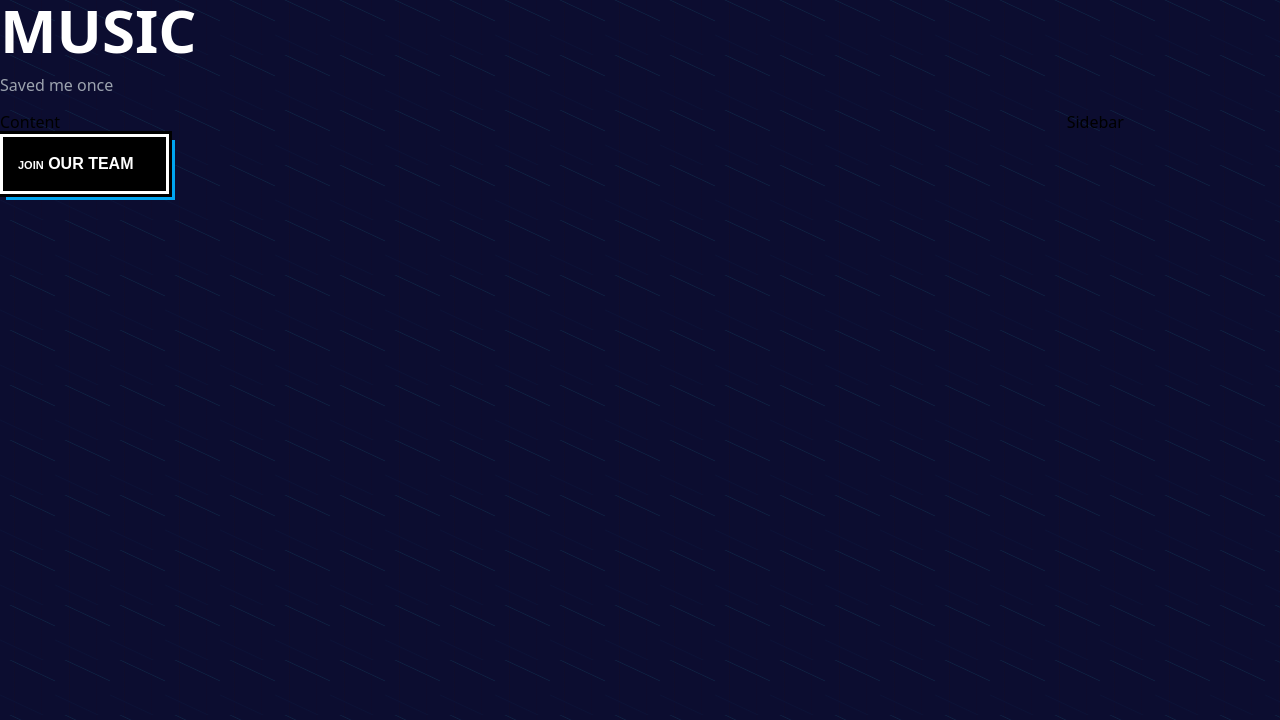
Repository: ItsMe-Pal/something
Page: index.html
These files come from the project's save history. The page is drawn as it stood at one moment and after the next save; the edit follows.
The browser window is 1280 px wide. The pictures show the whole page.
The style sheet was rebuilt from its Sass, Less or Tailwind sources for each picture, by a compiler version that may differ from the author's.

Above is the page before, as saved 2025-06-22 18:41:05.

### index.html
<!DOCTYPE html>
<html lang="en">
<head>
    <meta charset="UTF-8">
    <meta name="viewport" content="width=device-width, initial-scale=1.0">
    <title></title>

    <link rel="stylesheet" href="/manifest.json">

    <script src="https://cdn.jsdelivr.net/npm/@tailwindcss/browser@4"></script>
    <script src="https://code.jquery.com/jquery-3.7.1.js" integrity="sha256-eKhayi8LEQwp4NKxN+CfCh+3qOVUtJn3QNZ0TciWLP4=" crossorigin="anonymous"></script>

    <link rel="stylesheet" href="/styles/main.css">
</head>
<body>
    <div id="bg">

    <div class="relative flex gap-[2%] flex-wrap content-start">
        <div class="w-full h-[5%]">

                <span class="word1">MUSIC</span>
                <p class="word2">Saved me once</p>

        </div>
        <div class="grow h-3/4">Content</div>
        <div class="w-1/6 h-3/4">Sidebar</div>
        <div class="w-full h-[5%]">
            <button class="brutalist-button">
                <div class="-logo">

                </div>
                <div class="button-text">
                    <a href="http://">
                        <span>Join</span>
                        <span>Our team</span>
                    </a>
                </div>
              </button>

        </div>
      </div>

    </div>
    <script src="/src/main.js"></script>
</body>
</html>

### styles/main.scss
@use "./customs.scss";


#bg {
    position: relative;
    width: 100%;
    height: 100vh;
    --color: #001f3fe8;
    background-color: #001d33;
    background-image: linear-gradient(205deg, transparent 24%, var(--color) 25%, #0e7e87 26%, transparent 27%, transparent 74%, rgba(0, 58, 86, 0.9098039216) 75%, var(--color) 76%, transparent 77%, transparent), linear-gradient(90deg, transparent 24%, var(--color) 25%, rgba(27, 26, 17, 0.9098039216) 26%, transparent 27%, transparent 74%, rgba(19, 18, 19, 0.9098039216) 75%, var(--color) 76%, transparent 77%, transparent);
    background-size: 55px 55px;
  }
#bg:before {
    content: "";
    position: absolute;
    left: 0;
    top: 0;
    width: 100%;
    background-color: #100930c9;
    height: 100%;
}
  .word1 {
    font-size: 3.75rem;
    line-height: 1;
    font-weight: 700;
    color: #fff
  }
  .word2 {
    margin-top: 0.75rem;
    margin-bottom: 0.75rem;
    line-height: 1.625;
    color: rgba(156, 163, 175, 1);
  }


  /* From Uiverse.io by 0xnihilism */
.brutalist-button {
    display: flex;
    align-items: center;
    cursor: pointer;
    width: 169px;
    height: 60px;
    background-color: #000;
    color: #fff;
    text-decoration: none;
    font-family: Arial, sans-serif;
    font-weight: bold;
    border: 3px solid #fff;
    outline: 3px solid #000;
    box-shadow: 6px 6px 0 #00a4ef;
    transition: all 0.1s ease-out;
    padding: 0 15px;
    box-sizing: border-box;
    position: relative;
    overflow: hidden;
  }

  .brutalist-button::before {
    content: "";
    position: absolute;
    top: 0;
    left: -100%;
    width: 100%;
    height: 100%;
    background: linear-gradient(
      90deg,
      transparent,
      rgba(255, 255, 255, 0.8),
      transparent
    );
    z-index: 1;
    transition: none;
    /* Initially hide the pseudo-element */
    opacity: 0;
  }

  @keyframes slide {
    0% {
      left: -100%;
    }
    100% {
      left: 100%;
    }
  }

  .brutalist-button:hover::before {
    /* Show the pseudo-element on hover */
    opacity: 1;
    animation: slide 2s infinite;
  }

  .brutalist-button:hover {
    transform: translate(-4px, -4px);
    box-shadow: 10px 10px 0 #000;
    background-color: #000;
    color: #fff;
  }

  @keyframes slide {
    0% {
      left: -100%;
    }
    100% {
      left: 100%;
    }
  }

  .brutalist-button:active {
    transform: translate(4px, 4px);
    box-shadow: 0px 0px 0 #00a4ef;
    background-color: #fff;
    color: #000;
    border-color: #000;
  }

  /* Rest of the CSS remains the same */

  .ms-logo {
    display: grid;
    grid-template-columns: repeat(2, 1fr);
    gap: 1px;
    width: 26px;
    height: 26px;
    margin-right: 8px;
    flex-shrink: 0;
    transition: transform 0.2s ease-out;
    position: relative;
    z-index: 1;
  }

  .brutalist-button:hover .ms-logo {
    transform: rotate(-10deg) scale(1.1);
  }

  .brutalist-button:active .ms-logo {
    transform: rotate(10deg) scale(0.9);
  }

  .ms-logo-square {
    width: 100%;
    height: 100%;
  }

  .ms-logo-square:nth-child(1) {
    background-color: #f25022;
  }
  .ms-logo-square:nth-child(2) {
    background-color: #7fba00;
  }
  .ms-logo-square:nth-child(3) {
    background-color: #00a4ef;
  }
  .ms-logo-square:nth-child(4) {
    background-color: #ffb900;
  }

  .button-text {
    display: flex;
    flex-direction: column;
    line-height: 1.2;
    transition: transform 0.2s ease-out;
    position: relative;
    z-index: 1;
  }

  .brutalist-button:hover .button-text {
    transform: skew(-5deg);
  }

  .brutalist-button:active .button-text {
    transform: skew(5deg);
  }

  .button-text span:first-child {
    font-size: 11px;
    text-transform: uppercase;
  }

  .button-text span:last-child {
    font-size: 16px;
    text-transform: uppercase;
  }

Loaded but not shown: manifest.json (58 lines, source omitted); src/main.js (6 lines, source omitted); styles/customs.scss (846 lines, source omitted)

After the next save:
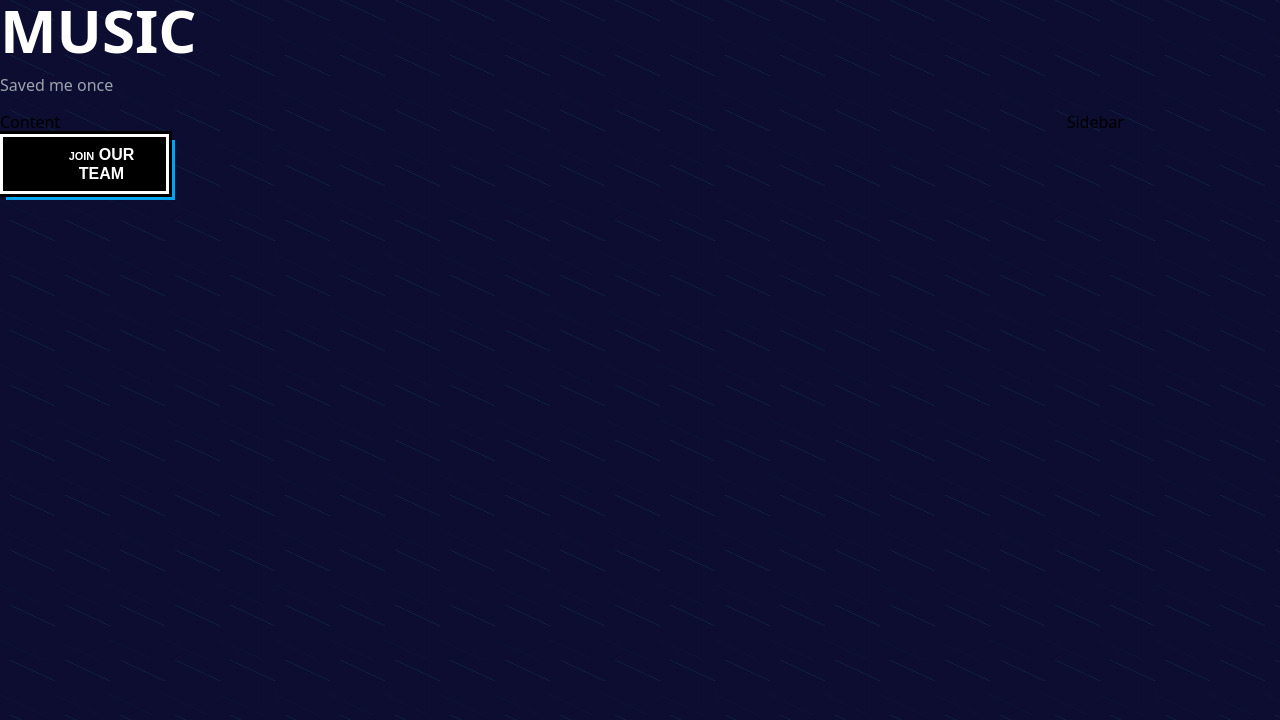
Saved 15 s later.
--- a/styles/main.scss
+++ b/styles/main.scss
@@ -115,7 +115,7 @@
 
   /* Rest of the CSS remains the same */
 
-  .ms-logo {
+  .-logo {
     display: grid;
     grid-template-columns: repeat(2, 1fr);
     gap: 1px;
@@ -128,29 +128,29 @@
     z-index: 1;
   }
 
-  .brutalist-button:hover .ms-logo {
+  .brutalist-button:hover .-logo {
     transform: rotate(-10deg) scale(1.1);
   }
 
-  .brutalist-button:active .ms-logo {
+  .brutalist-button:active .-logo {
     transform: rotate(10deg) scale(0.9);
   }
 
-  .ms-logo-square {
+  .-logo-square {
     width: 100%;
     height: 100%;
   }
 
-  .ms-logo-square:nth-child(1) {
+  .-logo-square:nth-child(1) {
     background-color: #f25022;
   }
-  .ms-logo-square:nth-child(2) {
+  .-logo-square:nth-child(2) {
     background-color: #7fba00;
   }
-  .ms-logo-square:nth-child(3) {
+  .-logo-square:nth-child(3) {
     background-color: #00a4ef;
   }
-  .ms-logo-square:nth-child(4) {
+  .-logo-square:nth-child(4) {
     background-color: #ffb900;
   }
 
